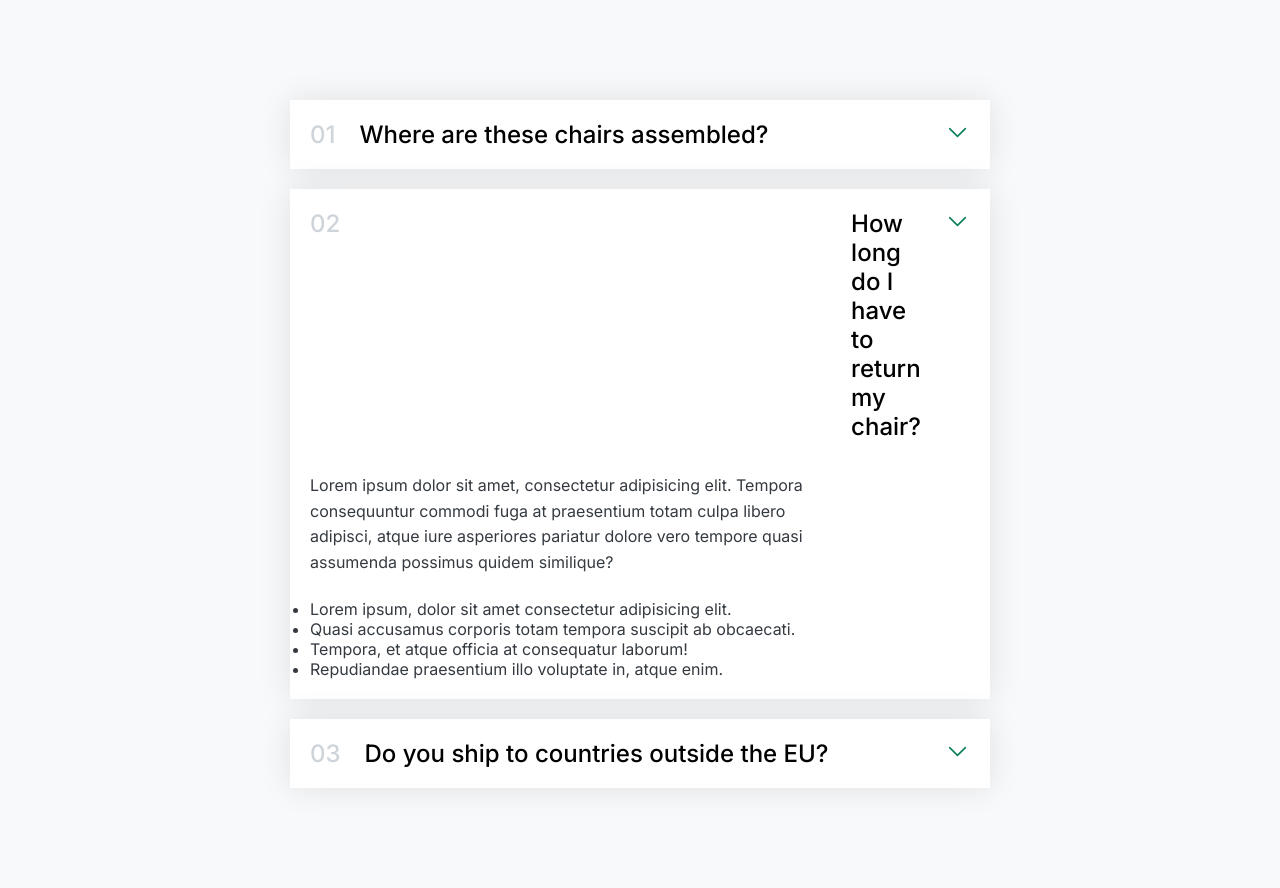
Repository: Ahmed123rezk123/06-Components
Page: accordion.html
These files come from the project's save history. The page is drawn as it stood at one moment and after the next save; the edit follows.
The browser window is 1280 px wide. The pictures show the whole page.

Above is the page before, as saved 2024-09-16 03:02:31.

### accordion.html
<!DOCTYPE html>
<html lang="en">
  <head>
    <meta charset="UTF-8" />
    <meta name="viewport" content="width=device-width, initial-scale=1.0" />
    <link rel="preconnect" href="https://fonts.gstatic.com" />
    <link
      href="https://fonts.googleapis.com/css2?family=Inter:wght@400;500;700&display=swap"
      rel="stylesheet"
    />
    <link rel="stylesheet" href="accordion.css" />
    <title>Accordion</title>
  </head>
  <body>
    <div class="accordion">
      <div class="item">
        <p class="number">01</p>
        <p class="text">Where are these chairs assembled?</p>
        <svg
          xmlns="http://www.w3.org/2000/svg"
          fill="none"
          viewBox="0 0 24 24"
          stroke-width="1.5"
          stroke="currentColor"
          class="icon"
        >
          <path
            stroke-linecap="round"
            stroke-linejoin="round"
            d="m19.5 8.25-7.5 7.5-7.5-7.5"
          />
        </svg>
      </div>
      <div class="item">
        <p class="number num2">02</p>
        <p class="text text2">How long do I have to return my chair?</p>
        <svg
          xmlns="http://www.w3.org/2000/svg"
          fill="none"
          viewBox="0 0 24 24"
          stroke-width="1.5"
          stroke="currentColor"
          class="icon icon2"
        >
          <path
            stroke-linecap="round"
            stroke-linejoin="round"
            d="m19.5 8.25-7.5 7.5-7.5-7.5"
          />
        </svg>
        <div class="hidden-box">
          <p>
            Lorem ipsum dolor sit amet, consectetur adipisicing elit. Tempora
            consequuntur commodi fuga at praesentium totam culpa libero
            adipisci, atque iure asperiores pariatur dolore vero tempore quasi
            assumenda possimus quidem similique?
          </p>
          <ul>
            <li>Lorem ipsum, dolor sit amet consectetur adipisicing elit.</li>
            <li>
              Quasi accusamus corporis totam tempora suscipit ab obcaecati.
            </li>
            <li>Tempora, et atque officia at consequatur laborum!</li>
            <li>Repudiandae praesentium illo voluptate in, atque enim.</li>
          </ul>
        </div>
      </div>
      <div class="item">
        <p class="number">03</p>
        <p class="text">Do you ship to countries outside the EU?</p>
        <svg
          xmlns="http://www.w3.org/2000/svg"
          fill="none"
          viewBox="0 0 24 24"
          stroke-width="1.5"
          stroke="currentColor"
          class="icon"
        >
          <path
            stroke-linecap="round"
            stroke-linejoin="round"
            d="m19.5 8.25-7.5 7.5-7.5-7.5"
          />
        </svg>
      </div>
    </div>
  </body>
</html>

### accordion.css
* {
  margin: 0;
  padding: 0;
  box-sizing: border-box;
}

body {
  font-family: "Inter", sans-serif;
  color: #343a40;
  /* border-bottom: 8px solid #087f5b; */
  background-color: #f8f9fa;
}
.accordion {
  width: 700px;
  margin: 100px auto;
}

.item {
  background-color: #fff;
  padding: 20px 20px;
  display: grid;
  grid-template-columns: auto 1fr auto;
  column-gap: 24px;
  row-gap: 32px;
  box-shadow: 0 0 32px rgba(0, 0, 0, 0.1);
  margin-bottom: 20px;
}
.number,
.text {
  font-size: 24px;
  font-weight: 500;
  color: #ced4da;
}
.text {
  color: #000;
}

.icon {
  width: 25px;
  color: #087f5b;
}
.hidden-box p {
  line-height: 1.6;
  margin-bottom: 24px;
}

.hidden-box ul {
  color: ;
}

After the next save:
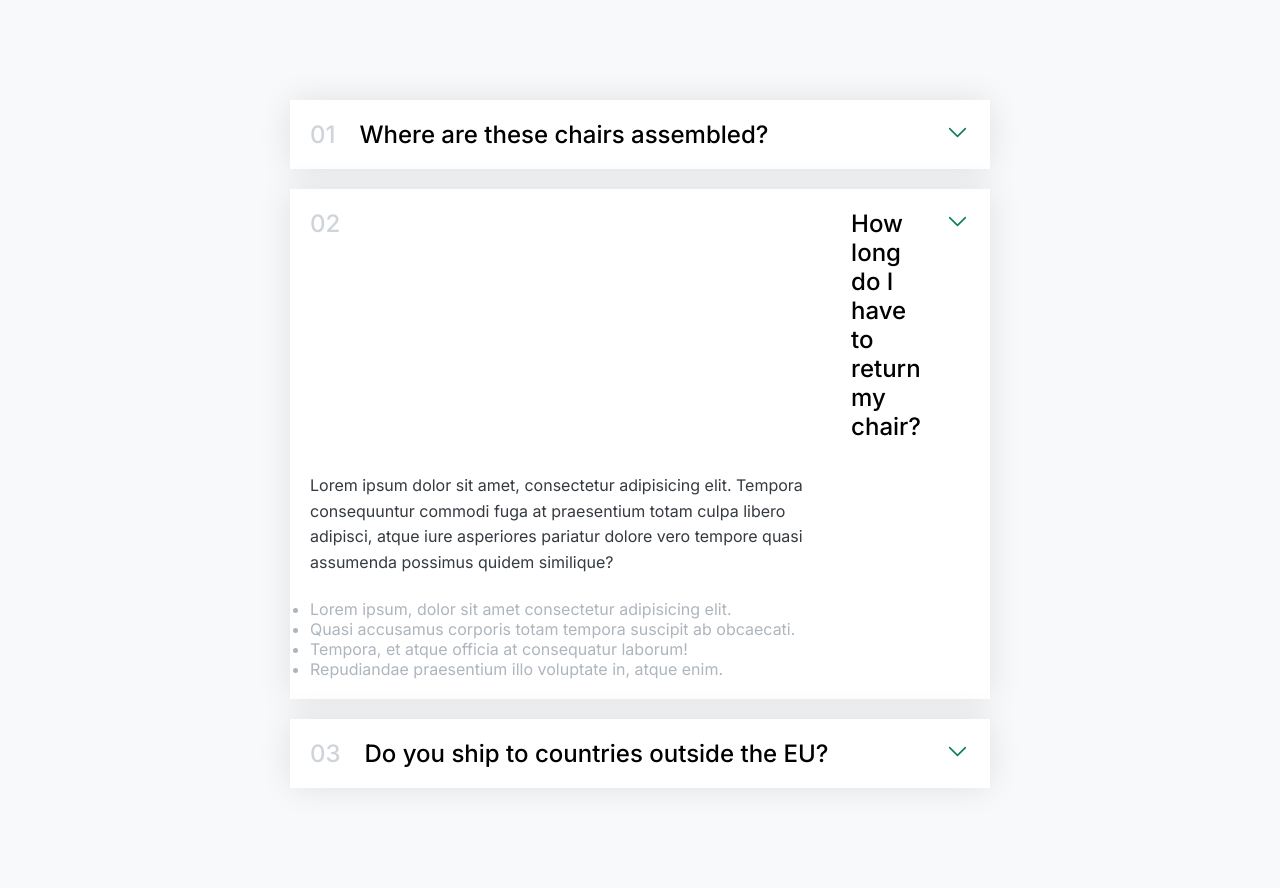
Saved 10 s later.
--- a/accordion.css
+++ b/accordion.css
@@ -45,5 +45,5 @@ body {
 }
 
 .hidden-box ul {
-  color: ;
+  color: #adb5bd;
 }
